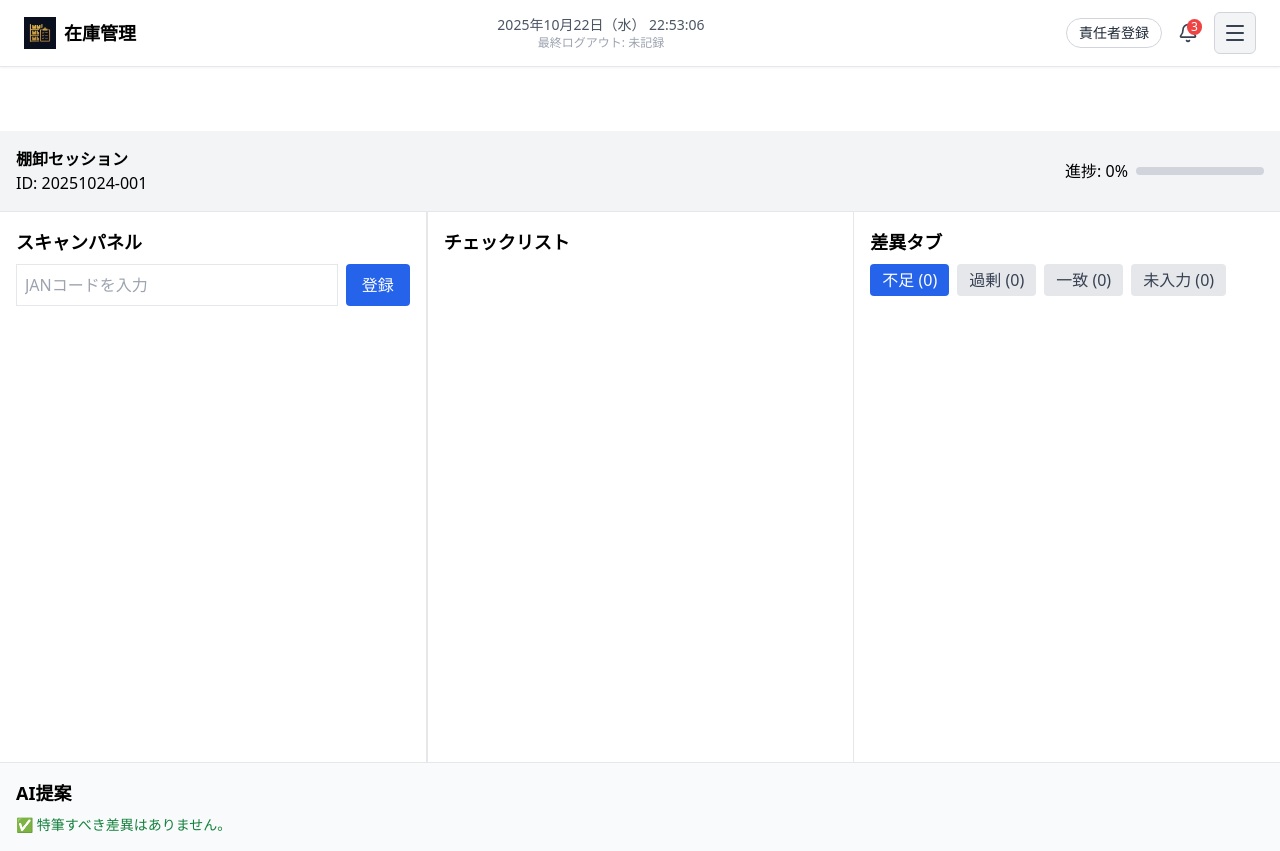
Repository: akauntozonghe-cpu/my-system
Page: /inventory/stocktaking
These files come from the project's save history. The page is drawn as it stood at one moment and after the next save; the edit follows.
The browser window is 1280 px wide. The pictures show the whole page.
The page's requests for data from a server got no answer. The project was rebuilt for these pictures with package versions that can differ from the ones it lists, and the page was loaded fresh each time. The framework's server and built-in components were replaced by stand-ins that run in the browser. No one was signed in, and anything a server would have sent is missing. Also part of the build but not shown: next.config.js, next.config.ts.

Above is the page before, as saved 2025-10-24 22:38:59.

After the next save:
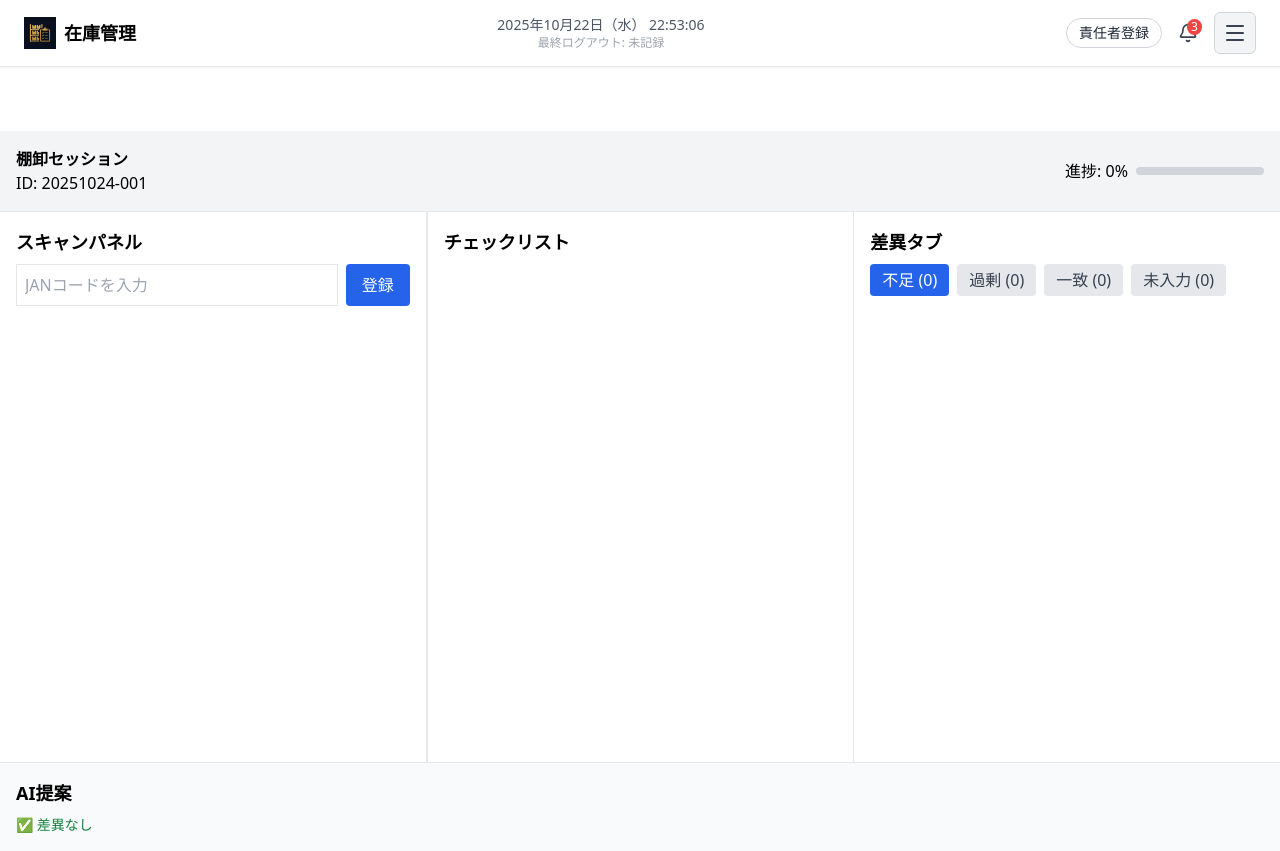
Saved 12 s later.
--- a/app/(protected)/inventory/stocktaking/components/AiPanel.tsx
+++ b/app/(protected)/inventory/stocktaking/components/AiPanel.tsx
@@ -1,17 +1,8 @@
-"use client";
-
-type Item = {
-  productId: string;
-  name?: string;
-  systemQty: number;
-  countedQty?: number;
-};
-
 type Props = { items: Item[] };
 
 export default function AiPanel({ items }: Props) {
   const shortage = items.filter(i => i.countedQty !== undefined && i.countedQty < i.systemQty);
-  const excess   = items.filter(i => i.countedQty !== undefined && i.countedQty > i.systemQty);
+  const excess = items.filter(i => i.countedQty !== undefined && i.countedQty > i.systemQty);
 
   return (
     <div className="p-4 bg-gray-50">
@@ -19,16 +10,16 @@ export default function AiPanel({ items }: Props) {
       <ul className="mt-2 space-y-1 text-sm">
         {shortage.length > 0 && (
           <li className="text-yellow-700">
-            ⚠ 不足アイテムが {shortage.length} 件あります。発注を検討してください。
+            ⚠ 不足アイテム {shortage.length} 件 → 仕入れ候補
           </li>
         )}
         {excess.length > 0 && (
           <li className="text-blue-700">
-            ℹ 過剰アイテムが {excess.length} 件あります。セールや出品強化を検討してください。
+            ℹ 過剰アイテム {excess.length} 件 → フリマ候補
           </li>
         )}
         {shortage.length === 0 && excess.length === 0 && (
-          <li className="text-green-700">✅ 特筆すべき差異はありません。</li>
+          <li className="text-green-700">✅ 差異なし</li>
         )}
       </ul>
     </div>
